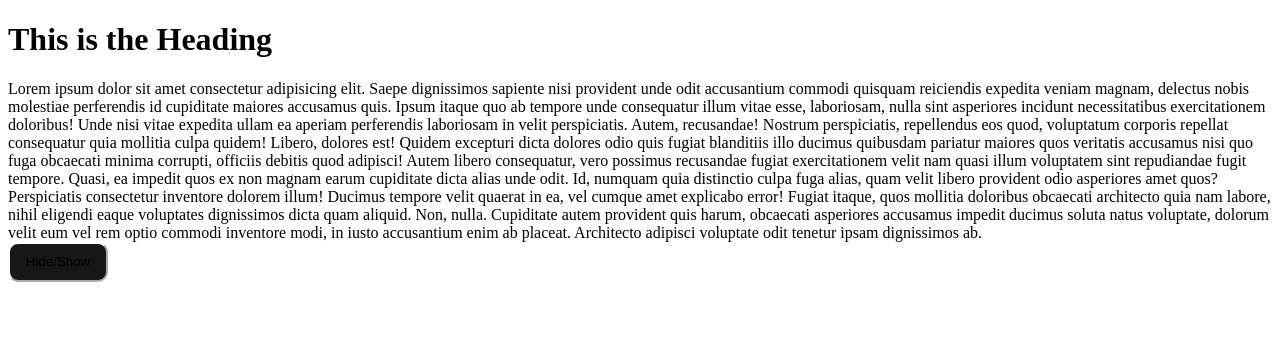
Repository: raisingh22/Simranlearning
Page: html css java/practice/index2.html
These files come from the project's save history. The page is drawn as it stood at one moment and after a run of saves; the edit follows.
The browser window is 1280 px wide. The pictures show the whole page.

Above is the page before, as saved 2024-01-19 22:17:30.

After the next 2 saves:
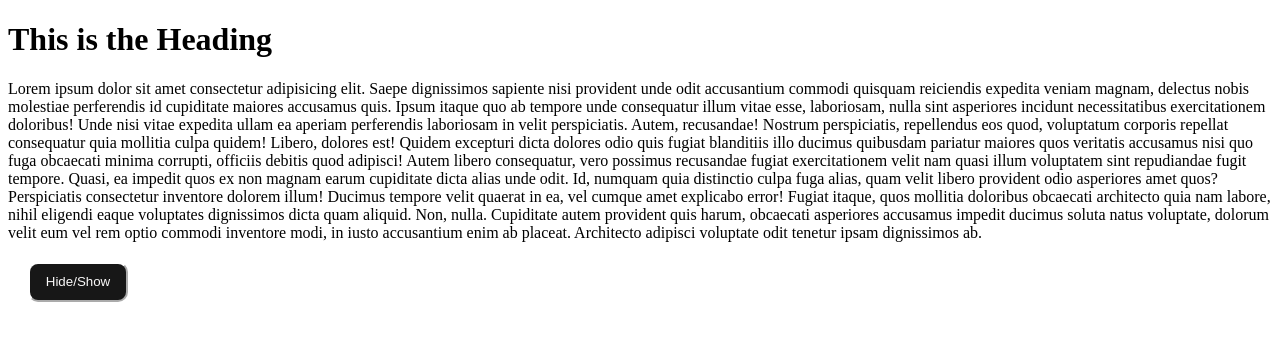
The 2 saves are shown as one change because they came seconds apart.
The last was saved 8 s later.
--- a/html css java/practice/index2.html
+++ b/html css java/practice/index2.html
@@ -7,7 +7,7 @@
     <title>Js Events</title>
     <style>
         #btn{
-            mar
+            margin: 20px;
             color: #faf9f9;
 
             border-radius: 10px;
